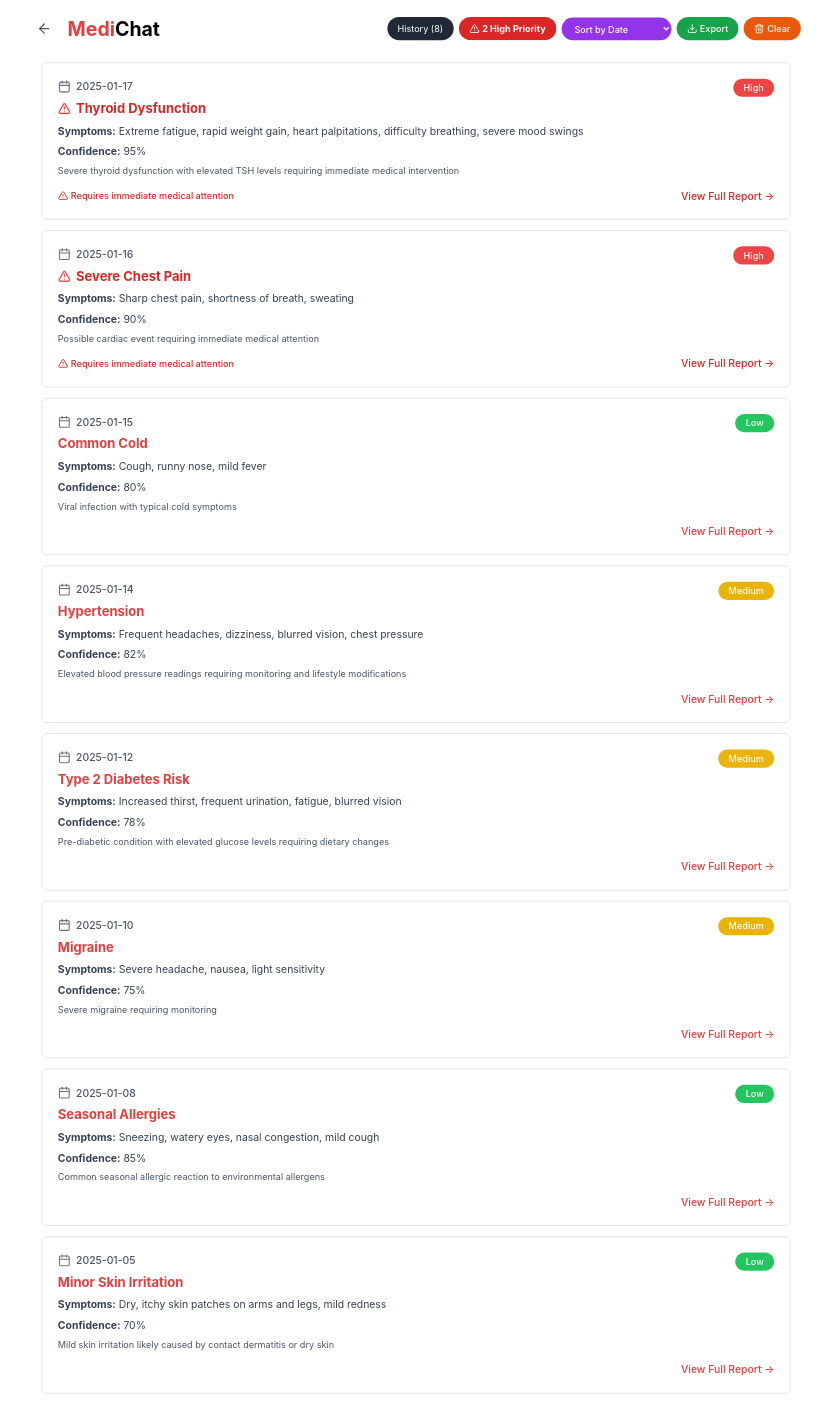
Repository: KarthikBalaji-007/telemedicine-frontend
Page: /history (app in frontend_backup/medichat-frontend/)
These files come from the project's save history. The page is drawn as it stood at one moment and after the next save; the edit follows.
The browser window is 1280 px wide. The pictures show the whole page, at 65% of full size.
The project was rebuilt for these pictures with package versions that can differ from the ones it lists, and the page was loaded fresh each time. Also part of the build but not shown: frontend_backup/medichat-frontend/src/components/HomePage.jsx, frontend_backup/medichat-frontend/src/components/ChatInterface.jsx, frontend_backup/medichat-frontend/src/components/DiagnosisResult.jsx.

Above is the page before, as saved 2025-08-13 17:35:33.

After the next save:
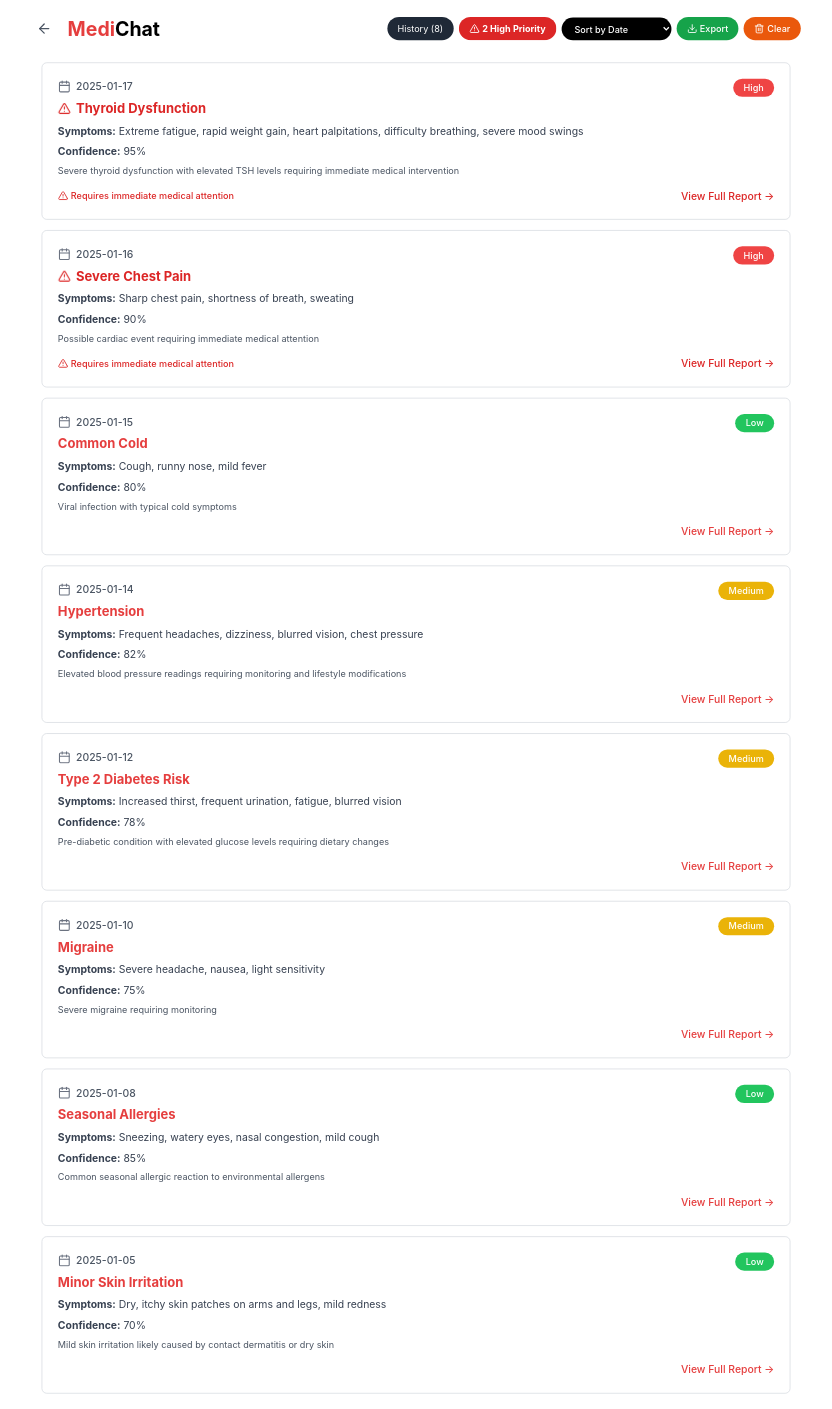
Saved 7 min 55 s later.
--- a/frontend_backup/medichat-frontend/src/components/History.jsx
+++ b/frontend_backup/medichat-frontend/src/components/History.jsx
@@ -253,7 +253,7 @@ const History = () => {
             <select
               value={sortBy}
               onChange={(e) => setSortBy(e.target.value)}
-              className="bg-purple-600 text-white px-4 py-2 rounded-full text-sm font-medium outline-none hover:bg-purple-700 transition-colors"
+              className="bg-black text-white px-4 py-2 rounded-full text-sm font-medium outline-none hover:bg-purple-700 transition-colors"
             >
               <option value="date">Sort by Date</option>
               <option value="priority">Sort by Priority</option>
